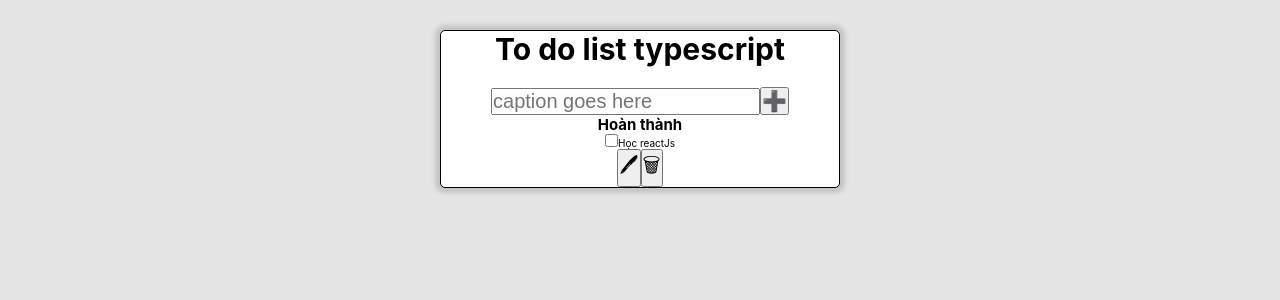
Repository: Nhatktvn/TodoListReactTs
Page: /
An editor plug-in stored every save of this project. The page is shown before and after the next save, followed by the edit.
The browser window is 1280 px wide. The pictures show the whole page.
The project was rebuilt for these pictures with package versions that can differ from the ones it lists, and the page was loaded fresh each time. Also part of the build but not shown: src/components/TaskList/tasklist.module.scss.

Above is the page before, as saved 2023-11-08 08:43:45.

### src/index.css
* {
  margin: 0;
  padding: 0;
  box-sizing: border-box;
}

html {
  font-size: 10px;
  --font-size: 2rem;
}

body {
  margin: 0;
  font-family: -apple-system, BlinkMacSystemFont, 'Segoe UI', 'Roboto', 'Oxygen', 'Ubuntu', 'Cantarell', 'Fira Sans',
    'Droid Sans', 'Helvetica Neue', sans-serif;
  -webkit-font-smoothing: antialiased;
  -moz-osx-font-smoothing: grayscale;
  background-color: #e5e5e5;
}

input,
button {
  font-size: var(--font-size);
}
code {
  font-family: source-code-pro, Menlo, Monaco, Consolas, 'Courier New', monospace;
}

### src/App.tsx
import React from 'react'
import './App.css'
import TodoList from './components/TodoList/TodoList'

function App() {
  return (
    <div className='App'>
      <TodoList />
    </div>
  )
}

export default App

### src/components/TodoList/TodoList.tsx
import React from 'react'
import styles from './todoList.module.scss'
import TaskInput from '../TaskInput/TaskInput'
import TaskList from '../TaskList/TaskList'
export default function TodoList() {
  return (
    <div className={styles.todoList}>
      <div className={styles.todoListContainer}>
        <TaskInput />
        <TaskList />
      </div>
    </div>
  )
}

### src/components/TodoList/todoList.module.scss
.todoList {
  padding: 3rem;
}
.todoListContainer {
  background-color: #fff;
  max-width: 40rem;
  border-radius: 5px;
  margin: 0 auto;
  border: 1px solid #000;
  box-shadow: 0px 0px 5px 5px #c4c4c4;
}

### src/components/TaskInput/TaskInput.tsx
import React from 'react'
import styles from './taskInput.module.scss'
export default function TaskInput() {
  return (
    <div>
      <h1 className={styles.title}>To do list typescript</h1>
      <form className={styles.form}>
        <input type='text' placeholder='caption goes here' />
        <button type='submit'>➕</button>
      </form>
    </div>
  )
}

### src/components/TaskList/TaskList.tsx
import React from 'react'
import styles from './tasklist.module.scss'
export default function TaskList() {
  return (
    <div>
      <h2 className={styles.title}>Hoàn thành</h2>
      <div className={styles.tasks}>
        <div className={styles.task}>
          <input type='checkbox' />
          <span>Học reactJs</span>
          <div className={styles.taskAction}>
            <button className={styles.btn}>🖊</button>
            <button className={styles.btn}>🗑</button>
          </div>
        </div>
      </div>
    </div>
  )
}

### src/components/TaskInput/taskInput.module.scss
.title {
  font-size: 3rem;
  margin-bottom: 2rem;
}

Loaded but not shown: public/index.html (common file); src/index.tsx (common file); src/reportWebVitals.ts (common file); src/App.css (common file)

After the next save:
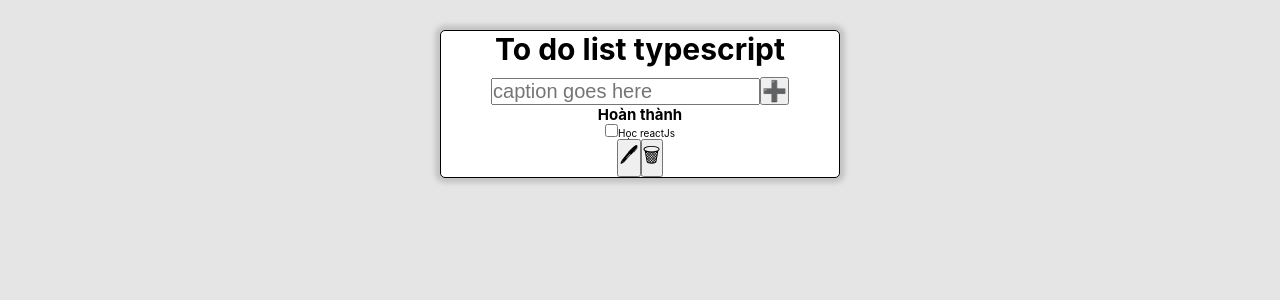
Saved 4 s later.
--- a/src/components/TaskInput/taskInput.module.scss
+++ b/src/components/TaskInput/taskInput.module.scss
@@ -1,4 +1,4 @@
 .title {
   font-size: 3rem;
-  margin-bottom: 2rem;
+  margin-bottom: 1rem;
 }
